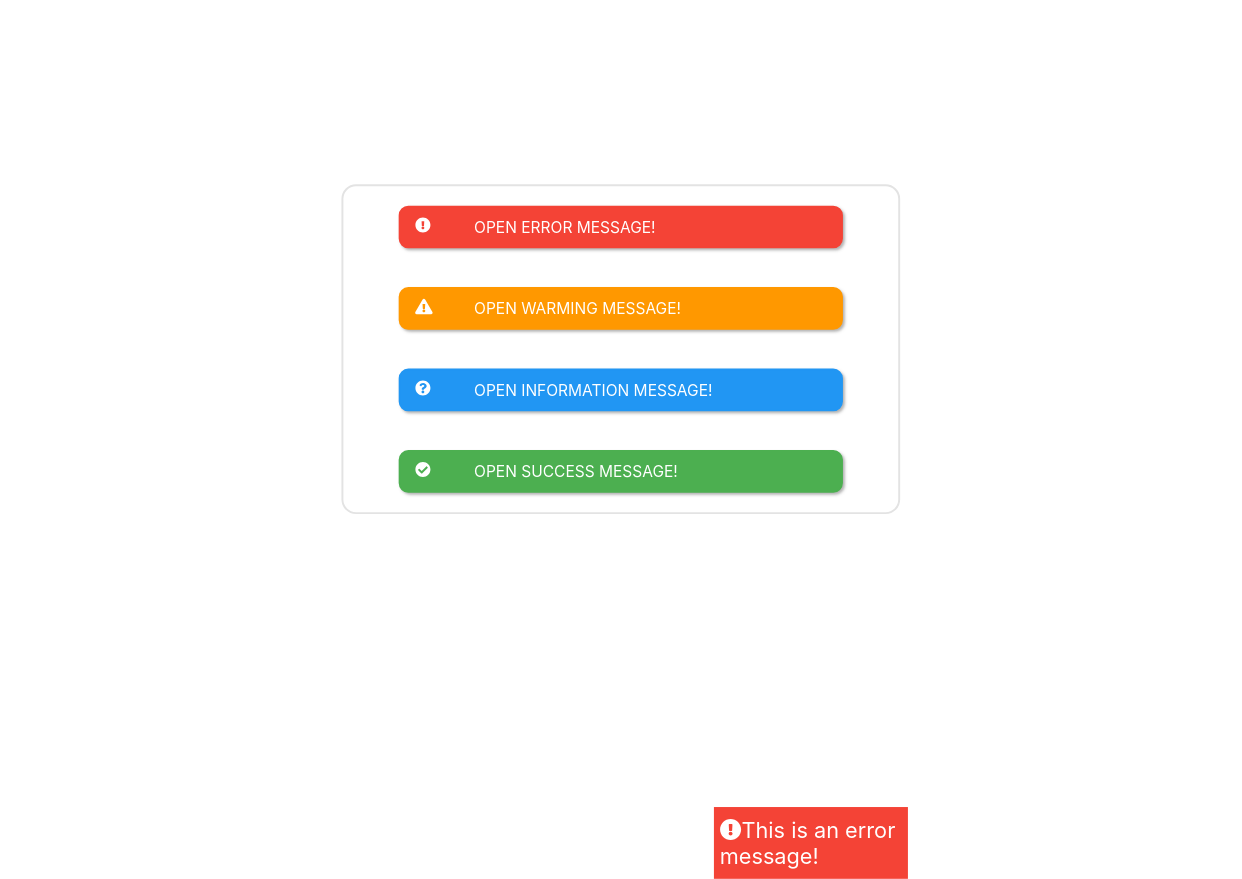
Repository: KrzysKolo/sr_tydzien5_zad2
Page: /, after clicking the first element matching `div.btn`
The author's editor kept a copy of each file at every save. The page is drawn from the files as they stood at one save, then again after the next save.
The browser window is 1280 px wide. The pictures show the whole page, at 97% of full size.
The project was rebuilt for these pictures with package versions that can differ from the ones it lists, and the page was loaded fresh each time.

Above is the page before, as saved 2020-12-28 04:22:14.

### public/index.html
<!DOCTYPE html>
<html lang="en">
  <head>
    <meta charset="utf-8" />
    <link rel="icon" href="%PUBLIC_URL%/favicon.ico" />
    <meta name="viewport" content="width=device-width, initial-scale=1" />
    <meta name="theme-color" content="#000000" />
    <meta
      name="description"
      content="Web site created using create-react-app"
    />
    <link rel="apple-touch-icon" href="%PUBLIC_URL%/logo192.png" />
    <!--
      manifest.json provides metadata used when your web app is installed on a
      user's mobile device or desktop. See https://developers.google.com/web/fundamentals/web-app-manifest/
    -->
    <link rel="manifest" href="%PUBLIC_URL%/manifest.json" />
    <!--
      Notice the use of %PUBLIC_URL% in the tags above.
      It will be replaced with the URL of the `public` folder during the build.
      Only files inside the `public` folder can be referenced from the HTML.

      Unlike "/favicon.ico" or "favicon.ico", "%PUBLIC_URL%/favicon.ico" will
      work correctly both with client-side routing and a non-root public URL.
      Learn how to configure a non-root public URL by running `npm run build`.
    -->
    <title>Zad 2 - snackbar</title>
  </head>
  <body>
    <noscript>You need to enable JavaScript to run this app.</noscript>
    <div id="root"></div>
    <!--
      This HTML file is a template.
      If you open it directly in the browser, you will see an empty page.

      You can add webfonts, meta tags, or analytics to this file.
      The build step will place the bundled scripts into the <body> tag.

      To begin the development, run `npm start` or `yarn start`.
      To create a production bundle, use `npm run build` or `yarn build`.
    -->
  </body>
</html>

### src/App.js
import React from 'react';
import Buttons from './components/Buttons';
import './App.css';
const App = () => {
  return (
    <div className="wrapper--btn">
      <Buttons />
    </div>
  )
}

export default App;

### src/components/Buttons.js
import React from 'react';
import ButtonsData from './../data/ButtonsData';
import Button from './Button';


const Buttons = () => {

    return (
        <>
            {ButtonsData.map(button =>
                <Button key={button.id} data={button} />
            )}

        </>
    )
}

export default Buttons;

### src/App.css
* {
  box-sizing: border-box;
  margin: 0;
  position: relative;
}
body {
  width: 100vw;
  height: 100vh;
  display: flex;
  flex-direction: row;
  justify-content: center;
  align-items: center;
  position: absolute;
}
.wrapper--btn {
  border: 2px solid #e3e3e3;
  border-radius: 15px;
  width: 45vw;
  display: flex;
  flex-direction: column;
  justify-content: center;
  align-items: center;
}
.btn {
  border-radius: 10px;
  color: rgb(240, 239, 244);
  cursor: pointer;
  outline: none;
  padding: 10px 15px;
  margin: 20px;
  width: 80%;
  display: grid;
  grid-template-columns: 0.5fr 3fr;
  box-shadow: 2px 2px 3px rgba(102, 102, 102, 0.5);
  transition: all 0.3s ease-in-out;
}
.snackbar {
  font-size: 1.4rem;
  width: 200px;
  padding: 10px 6px;
}
.error {
  color: white;
  background: rgb(244, 67, 54);
}

.success {
  color: rgb(124, 0, 0);
  background: rgb(76, 175, 80);
}
.information {
  color: yellow;
  background: rgb(33, 150, 243);
}

.warning {
  background: rgb(255, 152, 0);
  color: black;
}
.top-right {
  position: absolute;
  top: calc(100vh - 80px);
  right: -10px;
}

### src/data/ButtonsData.js
const ButtonsData = [
    {
      id: 0,
      name: "OPEN ERROR MESSAGE!",
      color: "rgb(244, 67, 54)",
      icon: "faExclamationCircle",
      type: "error",
      message: "This is an error message!",
    },
    {
      id: 1,
      name: "OPEN WARMING MESSAGE!",
      color: "rgb(255, 152, 0)",
      icon: "faExclamationTriangle",
      type: "warning",
      message: "This is a warning message!",
    },
    {
      id: 2,
      name: "OPEN INFORMATION MESSAGE!",
      color: "rgb(33, 150, 243)",
      icon: "faQuestionCircle",
      type: "information",
      message: "This is an information message!",
    },
    {
      id: 3,
      name: "OPEN SUCCESS MESSAGE!",
      color: "rgb(76, 175, 80)",
      icon: "faCheckCircle",
      type: "success",
      message: "This is a success message!",
    },

  ]
 export default ButtonsData;

### src/components/Button.js
import React, { useState } from 'react';
import Icons from './Icons';
import Snackbar from './Snackbar';


const Button = ({data } ) => {

    const [isHover, setIsHover] = useState(false);
    const OutStyle = {
        border: `2px solid ${data.color}`,
        background: data.color,
        color: "#fff",
      };

      const OverStyle = {
        border: `2px solid ${data.color}`,
        backgroundColor: "#fff",
        color: data.color,

      };
    const [shownSnackbar, setShownSnackbar] = useState(false);
    const handleClick = () => {

        setShownSnackbar(true);

    };
    return (
        <>

        <div className="btn"
        /* onClick={() => switchFunction(event)} */
        onClick={handleClick}
        style={isHover ? OverStyle : OutStyle}
        onMouseOver={() => setIsHover(true)}
        onMouseOut={() => setIsHover(false)}>
            <Icons icon={data.icon}/>
             {data.name}
        </div>
        {shownSnackbar && <Snackbar type={data.type} position={"top-right"} message={data.message} icon={data.icon} />}
        </>
    )
}

export default Button;

### src/components/Icons.js
import React from 'react';
import { FontAwesomeIcon } from '@fortawesome/react-fontawesome';
import { faCheckCircle, faQuestionCircle, faExclamationTriangle, faExclamationCircle } from '@fortawesome/free-solid-svg-icons';

const Icons = ({icon}) => {

        switch (icon) {
            case 'faExclamationCircle': return <FontAwesomeIcon icon={faExclamationCircle} />;
            case 'faExclamationTriangle': return <FontAwesomeIcon icon={faExclamationTriangle} />;
            case 'faQuestionCircle': return <FontAwesomeIcon icon={faQuestionCircle} />;
            case 'faCheckCircle': return <FontAwesomeIcon icon={faCheckCircle} />;
            default: return null;
            }



}

export default Icons;

### src/components/Snackbar.js
import React from 'react';
import Icons from './Icons';
const Snackbar = ({type, message, icon, position}) => {
    return (
        <div className={`snackbar ${type} ${position}`}>
           <Icons icon={icon} />{message}
        </div>
    )
}

export default Snackbar

Loaded but not shown: src/index.js (common file); src/index.css (common file)

After the next save:
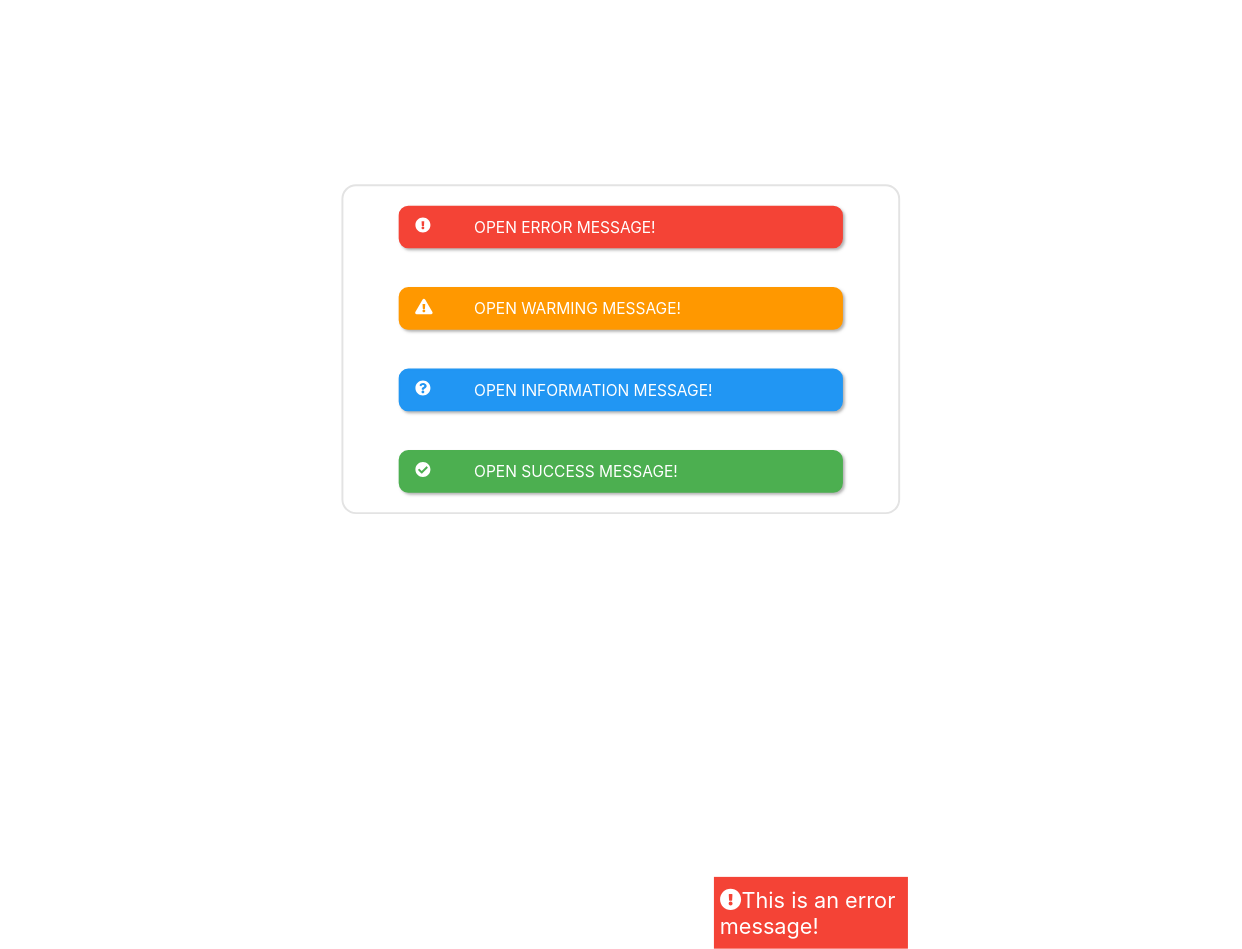
Saved 44 s later.
--- a/src/App.css
+++ b/src/App.css
@@ -59,6 +59,6 @@
 }
 .top-right {
   position: absolute;
-  top: calc(100vh - 80px);
+  top: calc(100vh - 8px);
   right: -10px;
 }

After the save that followed:
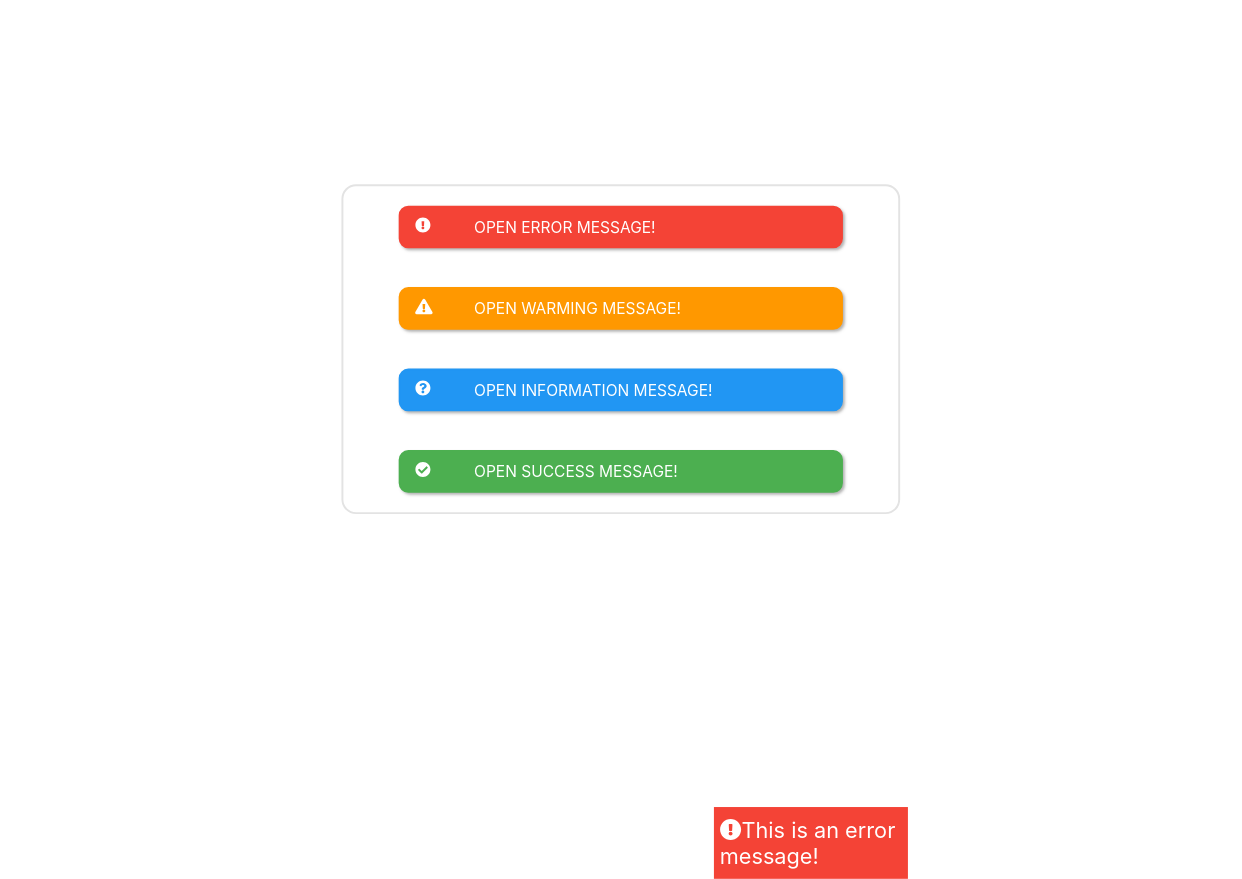
Saved 24 s later.
--- a/src/App.css
+++ b/src/App.css
@@ -59,6 +59,6 @@
 }
 .top-right {
   position: absolute;
-  top: calc(100vh - 8px);
+  top: calc(100vh - 80px);
   right: -10px;
 }
